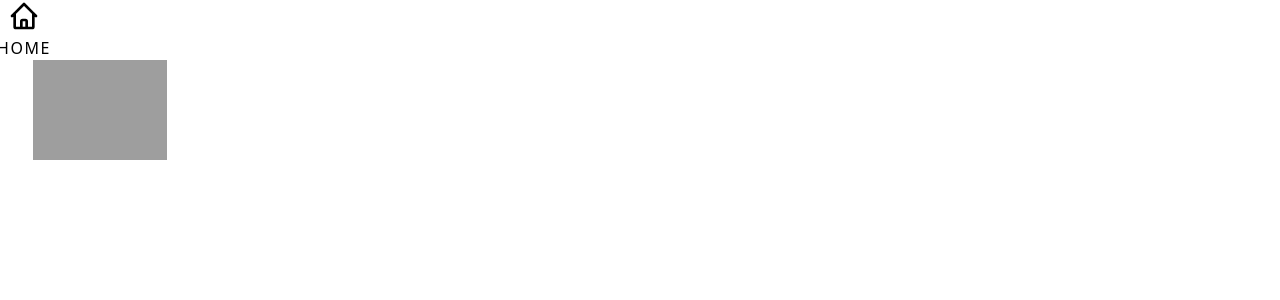
Repository: jafredk/hulu-2
Page: /
These files come from the project's save history. The page is drawn as it stood at one moment and after the next save; the edit follows.
The browser window is 1280 px wide. The pictures show the whole page.
Pictures or frames that could not be fetched are drawn as grey boxes. The project was rebuilt for these pictures with package versions that can differ from the ones it lists, and the page was loaded fresh each time. The framework's server and built-in components were replaced by stand-ins that run in the browser. Also part of the build but not shown: next.config.js.

Above is the page before, as saved 2021-11-01 13:31:58.

### pages/index.js
import Head from 'next/head'
import Image from 'next/image'
import Header from '../components/Header'


export default function Home() {
  return (
    <div>
      <Head>
        <title>HULU</title>
        <meta name="description" content="Generated by create next app" />
        <link rel="icon" href="/favicon.ico" />
      </Head>



      {/* Header */}
      <Header />



      {/* Nav */}


      {/* Results */}
    </div>
  )
}

### components/Header.js
import {
    BadgeCheckIcon,
    CollectionIcon,
    HomeIcon,
    LightningBoltIcon,
    SearchIcon,
    UserIcon,
} from "@heroicons/react/outline";

import Image from 'next/image'
import HeaderItem from './HeaderItem';

function Header() {
    return (
        <header className="">
            <div>
                <HeaderItem title='HOME' Icon={HomeIcon} />
            </div>


            <Image className="object-contain bg " src="https://links.papareact.com/ua6" width={200} height={100} />
        </header>
    );
}

export default Header;

### components/HeaderItem.js
function HeaderItem({ Icon, title }) {
    return (
        <div className=" flex flex-col items-center cursor-pointer group w-12 ">
            <Icon className="h-8 mb-1 " />
            <p className=" opacity-100 group-hover:opacity-100  tracking-widest">{title}</p>
        </div>
    );
}

export default HeaderItem;

Loaded but not shown: pages/_app.js (common file); styles/globals.css (common file)

After the next save:
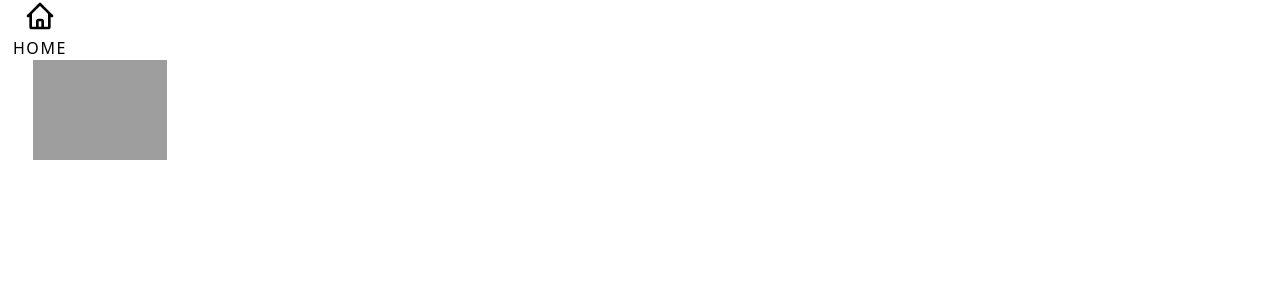
Saved 39 s later.
--- a/components/HeaderItem.js
+++ b/components/HeaderItem.js
@@ -1,6 +1,6 @@
 function HeaderItem({ Icon, title }) {
     return (
-        <div className=" flex flex-col items-center cursor-pointer group w-12 ">
+        <div className=" flex flex-col items-center cursor-pointer group w-12 sm:w-20 ">
             <Icon className="h-8 mb-1 " />
             <p className=" opacity-100 group-hover:opacity-100  tracking-widest">{title}</p>
         </div>
